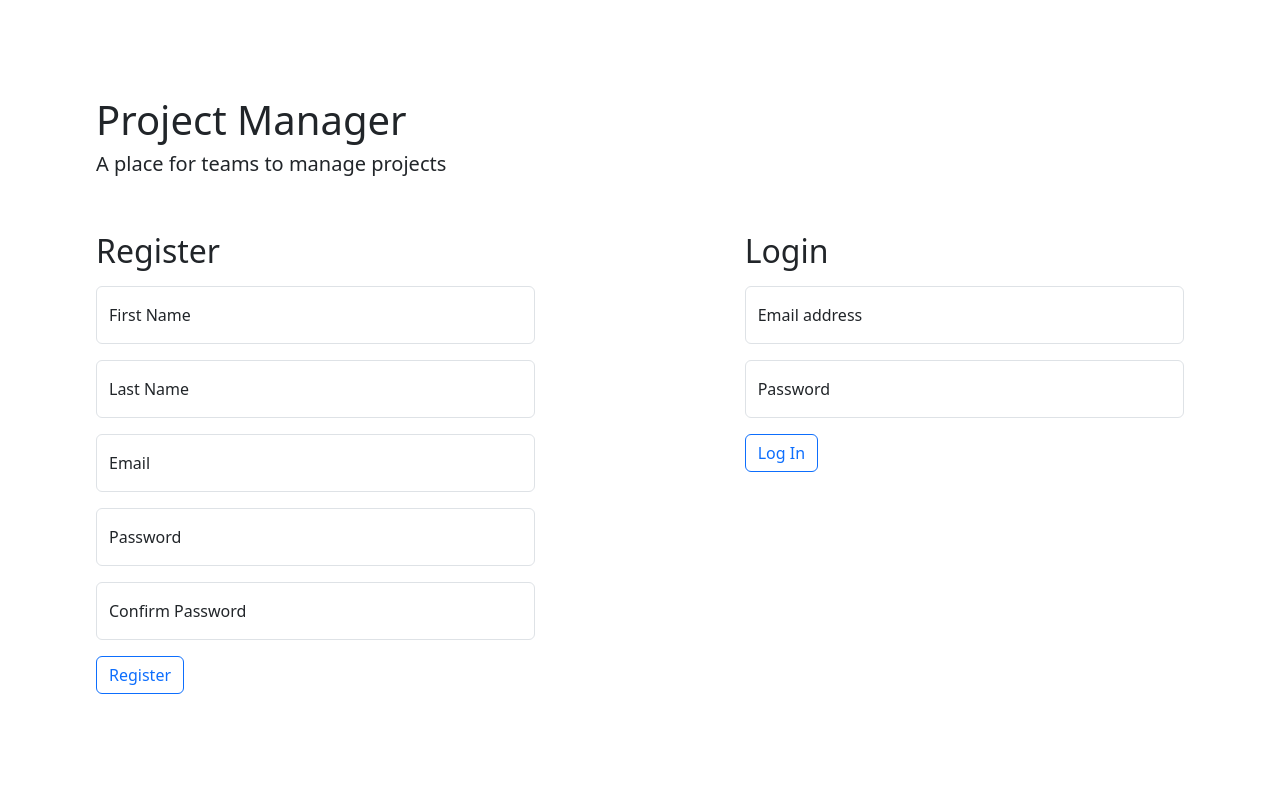
Repository: ShathaMorales/Java-Stack
Page: http://localhost/LoginRegistration/WEB-INF/index.jsp
The author's editor kept a copy of each file at every save. The page is drawn from the files as they stood at one save, then again after the next save.
The browser window is 1280 px wide. The pictures show the whole page.
The page is served by Tomcat 10. Nobody is signed in. The template is opened directly, without the code that normally fills it, so the values that code supplies are empty.

Above is the page before, as saved 2023-05-13 09:21:27.

After the next save:
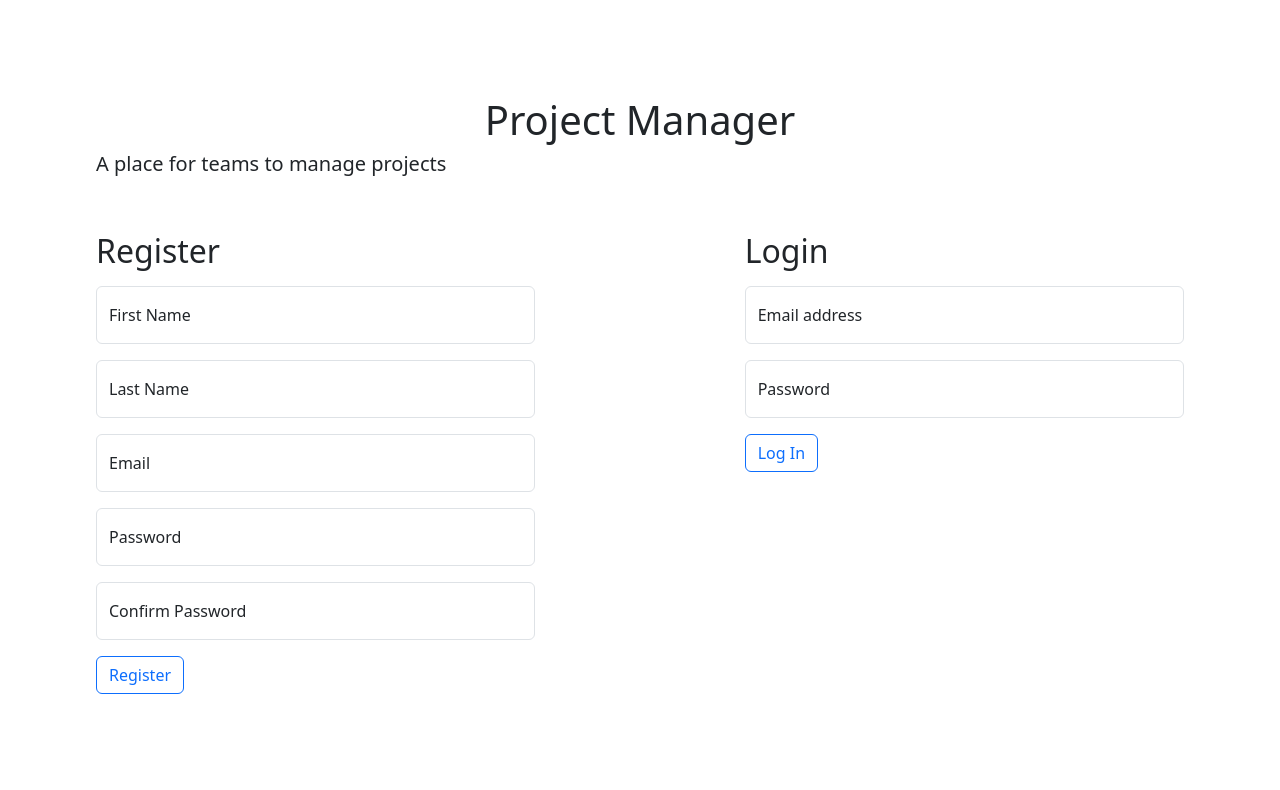
Saved 87 s later.
--- a/_java/FullSpring/ProjectManager/LoginRegistration/src/main/webapp/WEB-INF/index.jsp
+++ b/_java/FullSpring/ProjectManager/LoginRegistration/src/main/webapp/WEB-INF/index.jsp
@@ -11,9 +11,9 @@
 <title>Login and Registration</title>
 </head>
 <body>
-	<div class = "container-md-fluid m-5 p-5">
-    	<div class = "row justify-content-between">
-    	<h1 class="text-align-center">Project Manager</h1>
+	<div class="container-md-fluid m-5 p-5">
+    	<div class="row justify-content-between">
+    	<h1 class="text-center">Project Manager</h1>
     	<h5 class="text-align-center">A place for teams to manage projects</h5>
             <div class = "col-5 mt-5">
     			<h2>Register</h2>
